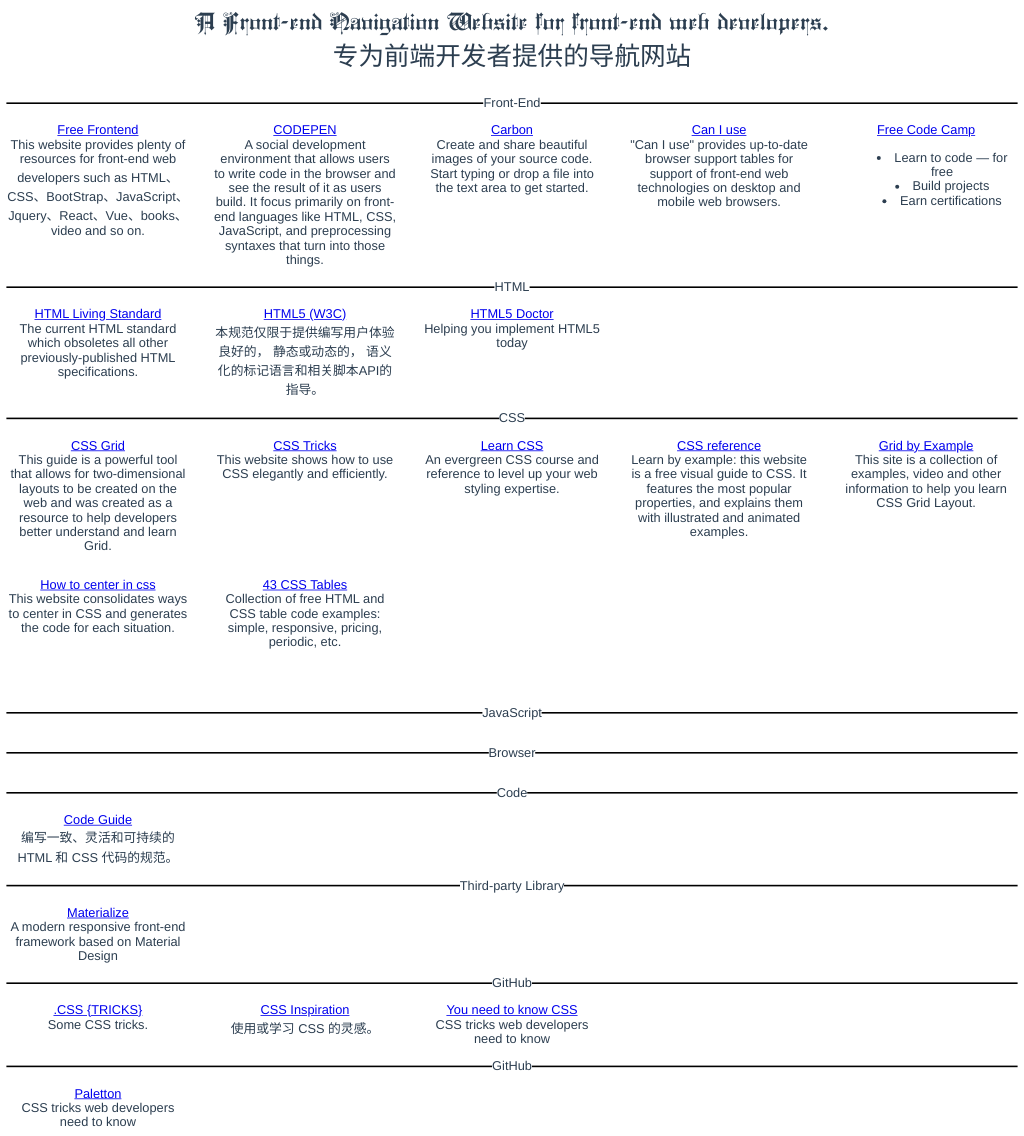
Repository: 321paranoiawhy/fenav.io
Page: /
An editor plug-in stored every save of this project. The page is shown before and after the next save, followed by the edit.
The browser window is 1280 px wide. The pictures show the whole page, at 80% of full size.
The project was rebuilt for these pictures with package versions that can differ from the ones it lists, and the page was loaded fresh each time. Also part of the build but not shown: vue.config.js.

Above is the page before, as saved 2022-04-06 01:29:26.

### src/views/HomeView.vue
<template>
    <div class="englishTitle">
        A Front-end Navigation Website for front-end web developers.
    </div>
    <div class="chineseTitle">专为前端开发者提供的导航网站</div>
    <!-- Front-End -->
    <p class="divider">Front-End</p>
    <div id="frontend" class="main">
        <div class="card">
            <a class="url" href="https://freefrontend.com/">Free Frontend</a>
            <div class="description">
                This website provides plenty of resources for front-end web
                developers such as
                HTML、CSS、BootStrap、JavaScript、Jquery、React、Vue、books、video
                and so on.
            </div>
        </div>
        <div class="card">
            <a class="url" href="https://codepen.io/trending">CODEPEN</a>
            <div class="description">
                A social development environment that allows users to write code
                in the browser and see the result of it as users build. It focus
                primarily on front-end languages like HTML, CSS, JavaScript, and
                preprocessing syntaxes that turn into those things.
            </div>
        </div>
        <div class="card">
            <a class="url" href="https://carbon.now.sh/">Carbon</a>
            <div class="description">
                Create and share beautiful images of your source code. Start
                typing or drop a file into the text area to get started.
            </div>
        </div>
        <div class="card">
            <a class="url" href="https://caniuse.com/">Can I use</a>
            <div class="description">
                "Can I use" provides up-to-date browser support tables for
                support of front-end web technologies on desktop and mobile web
                browsers.
            </div>
        </div>
        <div class="card">
            <a class="url" href="https://www.freecodecamp.org/"
                >Free Code Camp</a
            >
            <div class="description">
                <ul>
                    <li>Learn to code — for free</li>
                    <li>Build projects</li>
                    <li>Earn certifications</li>
                </ul>
            </div>
        </div>
    </div>
    <!-- HTML -->
    <p class="divider">HTML</p>
    <div id="HTML" class="main">
        <div class="card">
            <a class="url" href="https://html.spec.whatwg.org/"
                >HTML Living Standard</a
            >
            <div class="description">
                The current HTML standard which obsoletes all other
                previously-published HTML specifications.
            </div>
        </div>
        <div class="card">
            <a class="url" href="https://www.w3.org/html/ig/zh/wiki/HTML5"
                >HTML5 (W3C)</a
            >
            <div class="description">
                本规范仅限于提供编写用户体验良好的， 静态或动态的，
                语义化的标记语言和相关脚本API的指导。
            </div>
        </div>
        <div class="card">
            <a class="url" href="http://html5doctor.com/">HTML5 Doctor</a>
            <div class="description">Helping you implement HTML5 today</div>
        </div>
    </div>
    <!-- CSS -->
    <p class="divider">CSS</p>
    <div id="CSS" class="main">
        <div id="grid" class="card">
            <a class="url" href="https://learncssgrid.com/">CSS Grid</a>
            <div class="description">
                This guide is a powerful tool that allows for two-dimensional
                layouts to be created on the web and was created as a resource
                to help developers better understand and learn Grid.
            </div>
        </div>
        <div id="tricks" class="card">
            <a class="url" href="https://css-tricks.com/">CSS Tricks</a>
            <div class="description">
                This website shows how to use CSS elegantly and efficiently.
            </div>
        </div>
        <div id="learn" class="card">
            <a class="url" href="https://web.dev/learn/css/">Learn CSS</a>
            <div class="description">
                An evergreen CSS course and reference to level up your web
                styling expertise.
            </div>
        </div>
        <div id="reference" class="card">
            <a class="url" href="https://cssreference.io/">CSS reference</a>
            <div class="description">
                Learn by example: this website is a free visual guide to CSS. It
                features the most popular properties, and explains them with
                illustrated and animated examples.
            </div>
        </div>
        <div id="grid" class="card">
            <a class="url" href="https://gridbyexample.com/">Grid by Example</a>
            <div class="description">
                This site is a collection of examples, video and other
                information to help you learn CSS Grid Layout.
            </div>
        </div>
        <div id="center in css" class="card">
            <a class="url" href="http://howtocenterincss.com/"
                >How to center in css</a
            >
            <div class="description">
                This website consolidates ways to center in CSS and generates
                the code for each situation.
            </div>
        </div>
        <div id="table" class="card">
            <a
                class="url"
                href="https://freefrontend.com/css-tables/#pricing-tables"
                >43 CSS Tables</a
            >
            <div class="description">
                Collection of free HTML and CSS table code examples: simple,
                responsive, pricing, periodic, etc.
            </div>
        </div>
    </div>
    <!-- JavaScript -->
    <p class="divider">JavaScript</p>
    <div id="JavaScript" class="main"></div>
    <!-- Browser -->
    <p class="divider">Browser</p>
    <div id="Browser" class="main"></div>
    <!-- Code -->
    <p class="divider">Code</p>
    <div id="Code" class="main">
        <div class="card">
            <a class="url" href="https://codeguide.bootcss.com/">Code Guide</a>
            <div class="description">
                编写一致、灵活和可持续的 HTML 和 CSS 代码的规范。
            </div>
        </div>
    </div>
    <!-- Third-party Library -->
    <p class="divider">Third-party Library</p>
    <div id="Code" class="main">
        <div id="tricks" class="card">
            <a class="url" href="https://materializecss.com/">Materialize</a>
            <div class="description">
                A modern responsive front-end framework based on Material Design
            </div>
        </div>
    </div>
    <!-- GitHub -->
    <p class="divider">GitHub</p>
    <div id="GitHub" class="main">
        <div id="tricks" class="card">
            <a class="url" href="https://github.com/QiShaoXuan/css_tricks"
                >.CSS {TRICKS}</a
            >
            <div class="description">Some CSS tricks.</div>
        </div>
        <div id="Inspiration" class="card">
            <a class="url" href="https://github.com/chokcoco/CSS-Inspiration"
                >CSS Inspiration</a
            >
            <div class="description">使用或学习 CSS 的灵感。</div>
        </div>
        <div id="" class="card">
            <a
                class="url"
                href="https://github.com/l-hammer/You-need-to-know-css"
                >You need to know CSS</a
            >
            <div class="description">
                CSS tricks web developers need to know
            </div>
        </div>
    </div>
    <!-- Color -->
    <p class="divider">GitHub</p>
    <div id="Code" class="main">
        <div id="" class="card">
            <a
                class="url"
                href="https://paletton.com/#uid=1000u0kllllaFw0g0qFqFg0w0aF"
                >Paletton</a
            >
            <div class="description">
                CSS tricks web developers need to know
            </div>
        </div>
    </div>
</template>

<script>
// @ is an alias to /src
export default {
    name: "Home",
    components: {},
};
</script>

<style scoped lang="scss">
@font-face {
    font-family: KingsCross;
    src: url(/public/fonts/KingsCross.ttf);
}
@font-face {
    font-family: NotoSansSC-Regular;
    src: url(/public/fonts/NotoSansSC-Regular.otf);
}
.englishTitle {
    font-family: KingsCross;
    font-size: 32px;
}
.chineseTitle {
    font-family: NotoSanSC-Regular;
    font-size: 32px;
    margin-bottom: 30px;
}
.main {
    display: grid;
    grid-template-columns: repeat(5, 1fr);
    grid-auto-rows: 1fr;
    grid-gap: 30px;
}
// 水平分割线 中间带文字
p {
    display: flex;
}
p:before,
p:after {
    content: "";
    flex: 1 1 0;
    border-bottom: 2px solid #000;
    margin: auto;
}
// ul
ul li {
  list-style-position: inside;
  text-align: center;
}
</style>

Loaded but not shown: public/index.html (common file); src/main.js (common file); src/App.vue (common file); src/router/index.js (common file); src/store/index.js (common file)

After the next save:
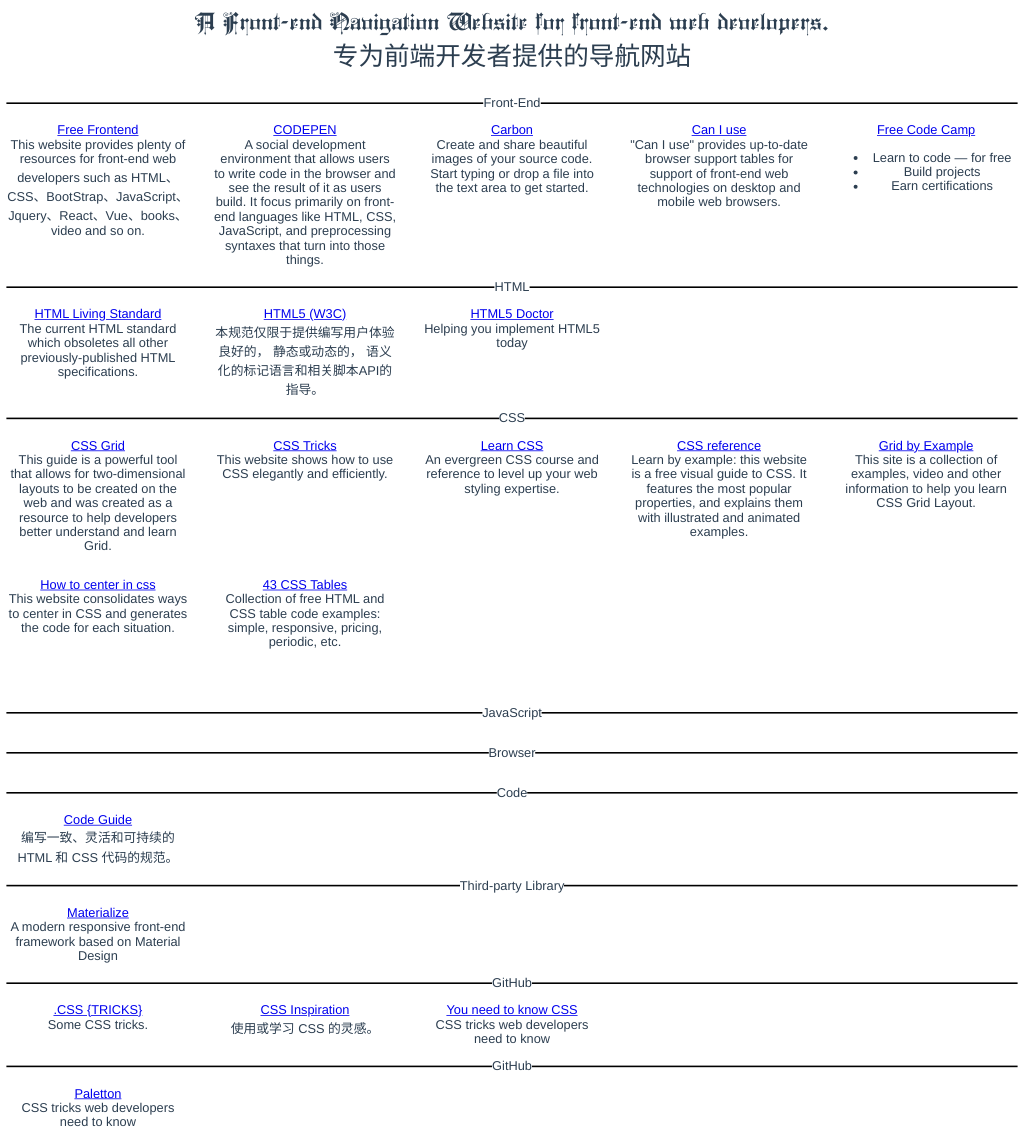
Saved 2 min 52 s later.
--- a/src/views/HomeView.vue
+++ b/src/views/HomeView.vue
@@ -251,7 +251,7 @@
 }
 // ul
 ul li {
-  list-style-position: inside;
+  list-style-position: outside;
   text-align: center;
 }
 </style>

After the 2 saves that followed:
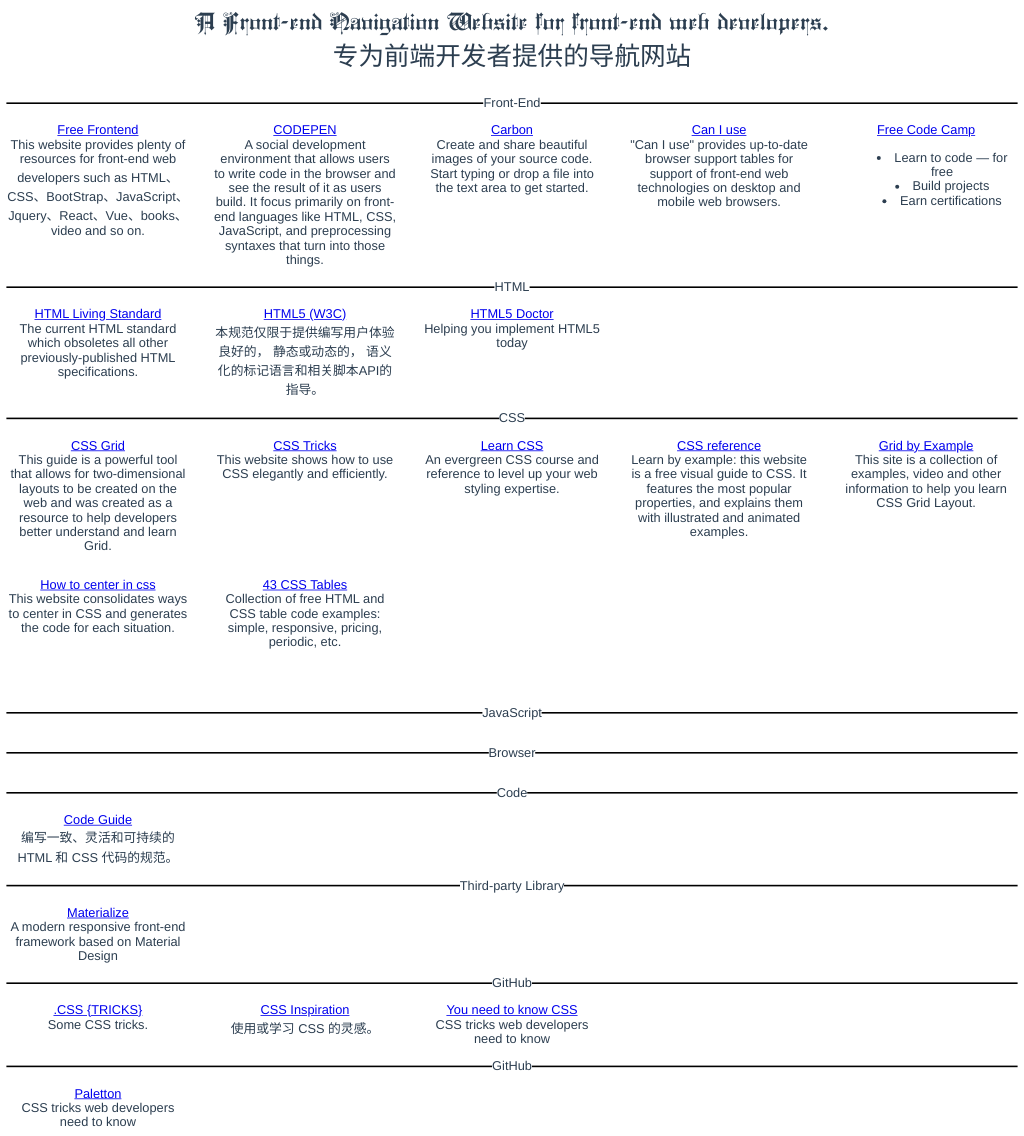
The 2 saves are shown as one change because 1 left the picture as it was.
The last was saved 49 s later.
--- a/src/views/HomeView.vue
+++ b/src/views/HomeView.vue
@@ -251,7 +251,7 @@
 }
 // ul
 ul li {
-  list-style-position: outside;
-  text-align: center;
+  list-style-position: inside;
+  // text-align: center;
 }
 </style>
